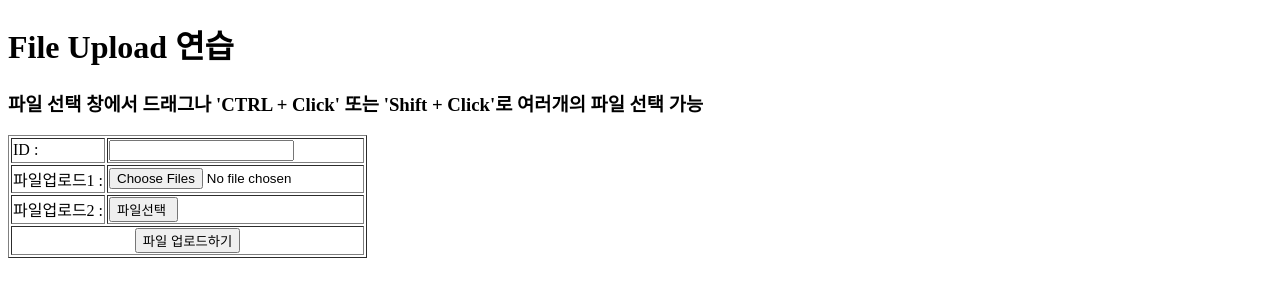
Repository: p2terkim/servletWork
Page: http://localhost/servletTest/basic/fileupload/allfiles.jsp
An editor plug-in stored every save of this project. The page is shown before and after the next save, followed by the edit.
The browser window is 1280 px wide. The pictures show the whole page.
The page is served by Tomcat 9.

Above is the page before, as saved 2021-05-21 06:24:28.

After the next save:
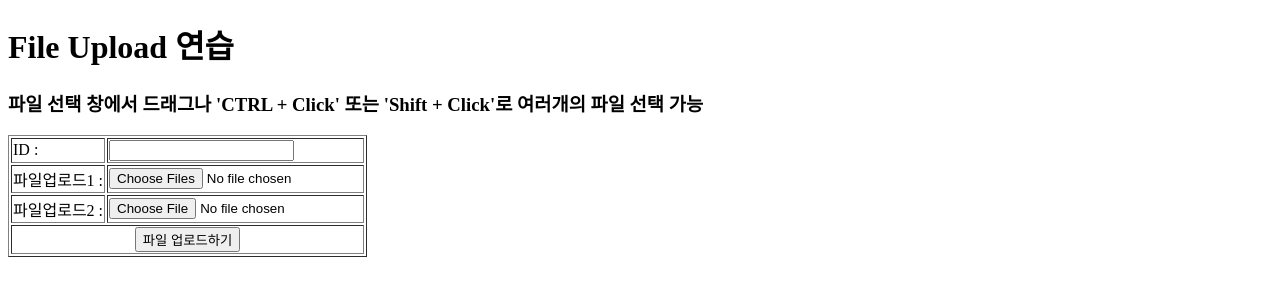
Saved 21 s later.
--- a/servletTest/WebContent/basic/fileupload/allfiles.jsp
+++ b/servletTest/WebContent/basic/fileupload/allfiles.jsp
@@ -28,7 +28,7 @@
 </tr>
 <tr>
 	<td>파일업로드2 : </td>
-	<td><input type="submit" value="파일선택 "></td>
+	<td><input type="file" value="파일선택 "></td>
 </tr>
 <tr>
 	<td colspan="2" style="text-align:center;"><input type="submit" value="파일 업로드하기"></td>
